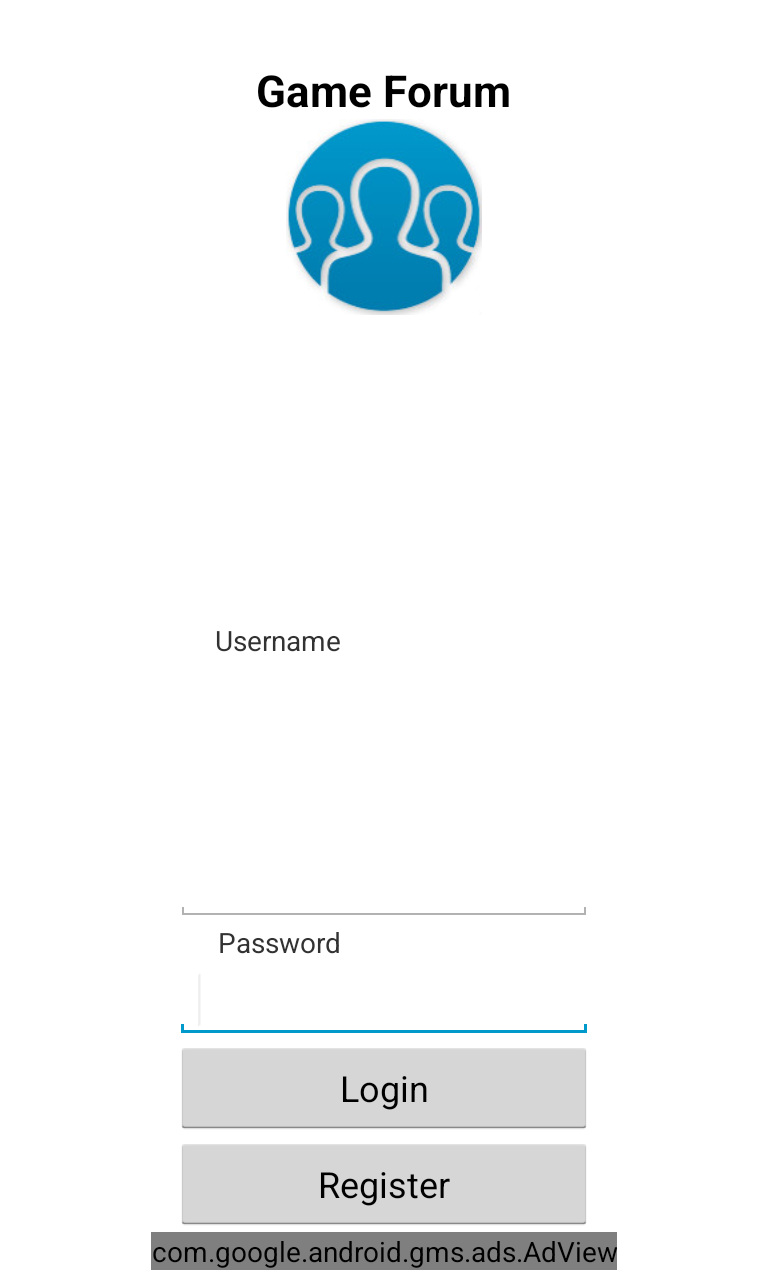
Repository: yuanpeixin/Project
Layout: GameForum/res/layout/login.xml
The author's editor kept a copy of each file at every save. The layout is drawn from the files as they stood at one save, then again after the next save.
Pictures or frames that could not be fetched are drawn as grey boxes. It is drawn on a 768 x 1280 px phone screen (xhdpi) without system bars, with theme AppTheme; the app's code is not run.

Above is the layout before, as saved 2015-10-05 05:10:46.

### GameForum/res/layout/login.xml
<?xml version="1.0" encoding="utf-8"?>
<RelativeLayout xmlns:android="http://schemas.android.com/apk/res/android"
    xmlns:ads="http://schemas.android.com/apk/res-auto"
    xmlns:tools="http://schemas.android.com/tools"
    android:layout_width="match_parent"
    android:layout_height="match_parent" >

    <com.google.android.gms.ads.AdView
        android:id="@+id/adView"
        android:layout_width="wrap_content"
        android:layout_height="wrap_content"
        android:layout_alignParentBottom="true"
        android:layout_centerHorizontal="true"
        android:layout_marginBottom="5dp"
        ads:adSize="BANNER"
        ads:adUnitId="ca-app-pub-3673983865885023/6245257391" >
    </com.google.android.gms.ads.AdView>

    <Button
        android:id="@+id/register"
        android:layout_width="wrap_content"
        android:layout_height="wrap_content"
        android:layout_above="@+id/adView"
        android:layout_alignLeft="@+id/login"
        android:layout_alignRight="@+id/login"
        android:text="Register" />

    <Button
        android:id="@+id/login"
        android:layout_width="wrap_content"
        android:layout_height="wrap_content"
        android:layout_above="@+id/register"
        android:layout_alignLeft="@+id/password"
        android:layout_alignRight="@+id/password"
        android:text="Login" />

    <EditText
        android:id="@+id/password"
        android:layout_width="wrap_content"
        android:layout_height="wrap_content"
        android:layout_above="@+id/login"
        android:layout_centerHorizontal="true"
        android:ems="10"
        android:inputType="textPassword" >

        <requestFocus />
    </EditText>

    <TextView
        android:id="@+id/textView2"
        android:layout_width="wrap_content"
        android:layout_height="wrap_content"
        android:layout_alignParentTop="true"
        android:layout_centerHorizontal="true"
        android:layout_marginTop="30dp"
        android:gravity="center"
        android:text="Game Forum"
        android:textAppearance="?android:attr/textAppearanceLarge"
        android:textStyle="bold" />

    <ImageView
        android:id="@+id/imageView1"
        android:layout_width="wrap_content"
        android:layout_height="wrap_content"
        android:layout_below="@+id/textView2"
        android:layout_centerHorizontal="true"
        android:src="@drawable/forum_icon" />

    <TextView
        android:id="@+id/TextView01"
        android:layout_width="wrap_content"
        android:layout_height="wrap_content"
        android:layout_above="@+id/password"
        android:layout_alignLeft="@+id/password"
        android:layout_marginLeft="22dp"
        android:text="Password" />

    <EditText
        android:id="@+id/username"
        android:layout_width="wrap_content"
        android:layout_height="wrap_content"
        android:layout_above="@+id/TextView01"
        android:layout_centerHorizontal="true"
        android:ems="10" />

    <TextView
        android:id="@+id/textView1"
        android:layout_width="wrap_content"
        android:layout_height="wrap_content"
        android:layout_alignRight="@+id/TextView01"
        android:layout_centerVertical="true"
        android:text="Username" />

</RelativeLayout>

### GameForum/res/values/styles.xml
<resources>

    <!--
        Base application theme, dependent on API level. This theme is replaced
        by AppBaseTheme from res/values-vXX/styles.xml on newer devices.
    -->
    <style name="AppBaseTheme" parent="android:Theme.Light">
        <!--
            Theme customizations available in newer API levels can go in
            res/values-vXX/styles.xml, while customizations related to
            backward-compatibility can go here.
        -->
    </style>

    <!-- Application theme. -->
    <style name="AppTheme" parent="AppBaseTheme">
        <!-- All customizations that are NOT specific to a particular API-level can go here. -->
    </style>



    <style name="WhiteText">
        <item name="android:layout_width">fill_parent</item>
        <item name="android:layout_height">wrap_content</item>
        <item name="android:textColor">#ffffff</item>
        <item name="android:gravity">center</item>
        <item name="android:layout_margin">1dp</item>
        <item name="android:textSize">18sp</item>
        <item name="android:textStyle">bold</item>
        <item name="android:shadowColor">#000000</item>
        <item name="android:shadowDx">1</item>
        <item name="android:shadowDy">1</item>
        <item name="android:shadowRadius">2</item>
    </style>

      <style name="BlackText">
        <item name="android:layout_width">fill_parent</item>
        <item name="android:layout_height">wrap_content</item>
        <item name="android:textColor">#000000</item>
        <item name="android:gravity">center</item>
        <item name="android:layout_margin">5dp</item>
        <item name="android:textSize">25sp</item>
        <item name="android:textStyle">bold</item>
        <item name="android:shadowColor">#ffffff</item>
        <item name="android:shadowDx">1</item>
        <item name="android:shadowDy">1</item>
        <item name="android:shadowRadius">2</item>
    </style>

</resources>

Loaded but not shown: GameForum/res/values-v11/styles.xml (common file); GameForum/res/values-v14/styles.xml (common file)

After the next save:
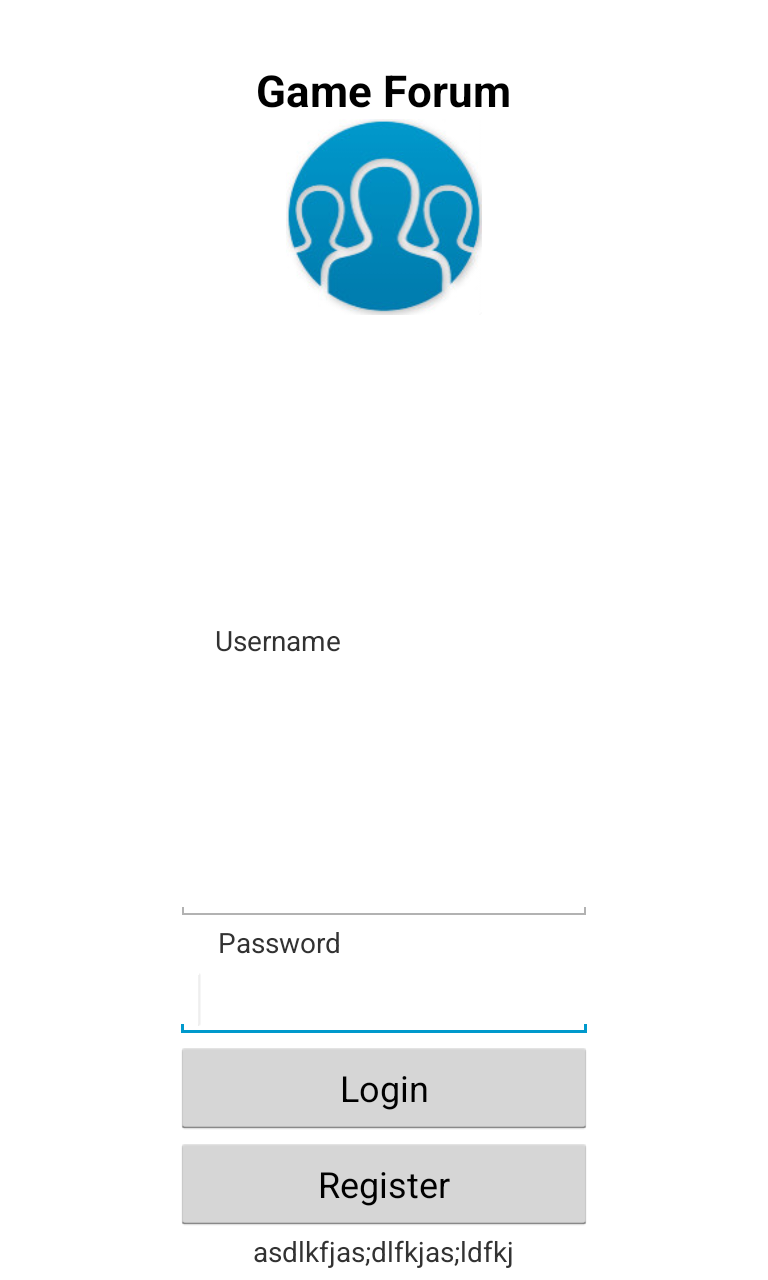
Saved 3 min 47 s later.
--- a/GameForum/res/layout/login.xml
+++ b/GameForum/res/layout/login.xml
@@ -5,16 +5,15 @@
     android:layout_width="match_parent"
     android:layout_height="match_parent" >
 
-    <com.google.android.gms.ads.AdView
+    <TextView
         android:id="@+id/adView"
         android:layout_width="wrap_content"
         android:layout_height="wrap_content"
         android:layout_alignParentBottom="true"
         android:layout_centerHorizontal="true"
         android:layout_marginBottom="5dp"
-        ads:adSize="BANNER"
-        ads:adUnitId="ca-app-pub-3673983865885023/6245257391" >
-    </com.google.android.gms.ads.AdView>
+        android:text="asdlkfjas;dlfkjas;ldfkj" >
+    </TextView>
 
     <Button
         android:id="@+id/register"
